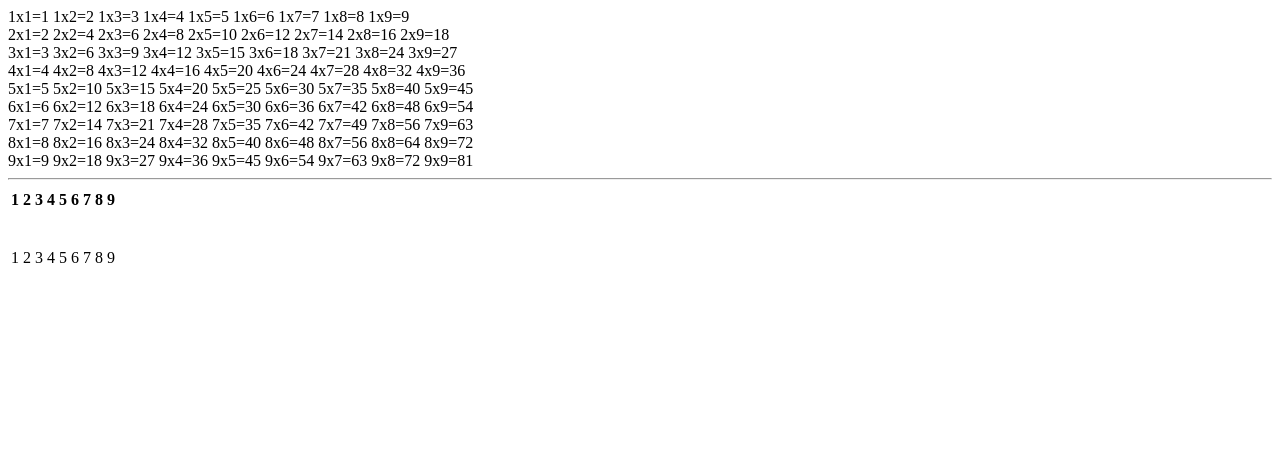
Repository: SongSooJin/JSP
Page: http://localhost/5-jsp-basic/example5/gugudan.jsp
The author's editor kept a copy of each file at every save. The page is drawn from the files as they stood at one save, then again after the next save.
The browser window is 1280 px wide. The pictures show the whole page.
The page is served by Tomcat 9.

Above is the page before, as saved 2018-10-08 05:27:27.

After the next save:
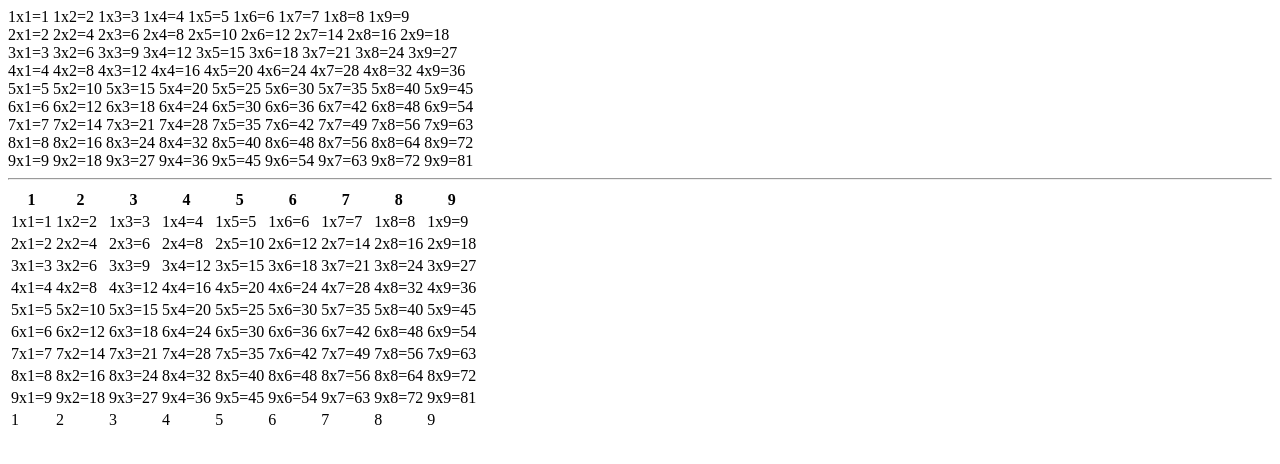
Saved 39 s later.
--- a/5-jsp-basic/WebContent/example5/gugudan.jsp
+++ b/5-jsp-basic/WebContent/example5/gugudan.jsp
@@ -39,7 +39,7 @@
 				out.print("<tr>");
 				for (int j = 1; j <= 9; j++) { // 열
 					out.print("<td>");
-					// out.print(i + "x" + j + "=" + (i * j) + " ");
+					out.print(i + "x" + j + "=" + (i * j) + " ");
 					out.print("</td>");
 				}
 				// out.print("<br>");
